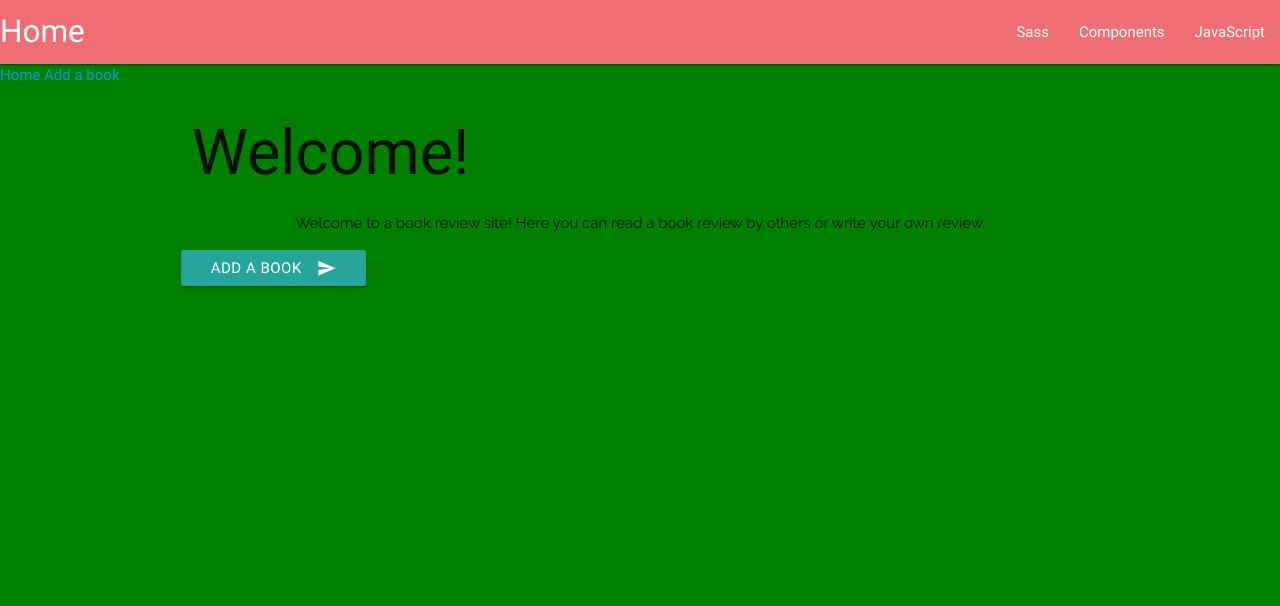
Repository: h8130084/bookReview
Page: http://localhost/
The author's editor kept a record of every edit. The page is drawn from the files as they stood at one moment, then again after the next edit.
The browser window is 1280 px wide. The pictures show the whole page.
Some web libraries are served in a nearby version. The page is served by the project's application, run on Flask 3 (app.py). Queries for data that is not in the repository find no rows.

Above is the page before.
Console error: ReferenceError: M is not defined

### templates/books.html
{% extends 'base.html' %} {% block content %}

<div class="wrapper">
    <h1> Welcome!</h1>
    <div class="sub-heading" "row"> Welcome to a book review site! Here you can read a book review by others or write your own review.</div>
    <div class="row">
        <ul>
            {% for book in books%}

            <div class="">
                <li class="list_of_books"> <a href="{{url_for('book_info', book_id=book._id)}}">{{book.Title}}</a>
                </li><br>

            </div>






            {% endfor %}
        </ul>


        <div class="row" "addBookButton">
            <form action="{{url_for('add_book')}}" class="col s12">
                <button class="btn waves-effect waves-light" type="submit" name="action">add a book
                <i class="material-icons right">send</i>
            </button>
            </form>
        </div>

    </div>
</div>

{% endblock %}

### templates/base.html
<!DOCTYPE html>
<html lang="en">

<head>
    <meta charset="UTF-8">
    <meta name="viewport" content="width=device-width, initial-scale=1.0">
    <meta http-equiv="X-UA-Compatible" content="ie=edge">

<!-- taken from google fonts, materilaize and cdnjs -->
    <link href="https://fonts.googleapis.com/icon?family=Material+Icons" rel="stylesheet">
    <link href="https://fonts.googleapis.com/css?family=Raleway&display=swap" rel="stylesheet">
    <link rel="stylesheet" href="https://cdnjs.cloudflare.com/ajax/libs/materialize/0.100.2/css/materialize.min.css">
    <link rel="stylesheet" href="{{url_for('static', filename='style.css')}}" type="text/css" />

    <title>Document</title>
</head>

<body>
    <header>
         <nav>
    <div class="nav-wrapper">
      <a href="{{url_for('get_books')}}" class="brand-logo">Home</a>
      <ul id="nav-mobile" class="right hide-on-med-and-down">
        <li><a href="sass.html">Sass</a></li>
        <li><a href="badges.html">Components</a></li>
        <li><a href="collapsible.html">JavaScript</a></li>
      </ul>
    </div>
  </nav>
		<div id="navbar" class="col s12">
			<a href="{{url_for('get_books')}}">Home</a>
			<a href="{{url_for('add_book')}}">Add a book</a>
		</div>
    </header>


    <div class="container">
        {% block content %} {% endblock %}

        <script src="https://cdnjs.cloudflare.com/ajax/libs/jquery/3.2.1/jquery.min.js"></script>
        <script src="https://cdnjs.cloudflare.com/ajax/libs/materialize/0.100.2/js/materialize.min.js"></script>
        <script type="text/javascript">
            $(document).ready(function() {
                $('.tabs').tabs();
                $('#Review').val('New Text');
                M.textareaAutoResize($('#Review'));

            });

        </script>
    </div>
</body>


</html>

### app.py
import os
from flask import Flask, render_template, redirect, request, url_for
from flask_pymongo import PyMongo
from bson.objectid import ObjectId
import env

app = Flask(__name__)

app.config["MONGO_DBNAME"] = 'book_review'
app.config["MONGO_URI"] = env.MONGO_URI


mongo = PyMongo(app)

@app.route('/')
@app.route('/ get_books')
def get_books():
     return render_template("books.html", books=mongo.db.book_details.find())

@app.route('/edit_book/<book_id>')
def edit_book(book_id):
    the_book = mongo.db.book_details.find_one({"_id": ObjectId(book_id)})
    all_categories = mongo.db.categories.find()
    return render_template('editbook.html', book=the_book, categories=all_categories)

@app.route('/update_book/<book_id>', methods=["POST"])
def update_book(book_id):
    books = mongo.db.book_details
    books.update( {'_id': ObjectId(book_id)},
    {
        'Title': request.form.get('Title'),
        'Author': request.form.get('Author'),
        'Genre': request.form.get('Genre'),
        'Year': request.form.get('Year'),
        'Image_URL': request.form.get('Image_URL'),
        'Amazon': request.form.get('Amazon'),
        'Review': request.form.get('Review')
    })
    return redirect(url_for('get_books'))

#book details page
@app.route('/book_info/<book_id>')
def book_info(book_id):
    the_book = mongo.db.book_details.find_one({"_id": ObjectId(book_id)})
    all_categories = mongo.db.categories.find()
    return render_template('bookdetails.html', book=the_book, categories=all_categories)

# displays add books page
@app.route('/add_book')
def add_book():
    return render_template('addbook.html')

#  takes the details from the form and adds the book to the database, then redirects to home page
@app.route('/insert_book', methods=['POST'])
def insert_book():

    new_book = {
        'Title': request.form.get('Title'),
        'Author': request.form.get('Author'),
        'Genre': request.form.get('Genre'),
        'Year': request.form.get('Year'),
        'Image_URL': request.form.get('Image_URL'),
        'Amazon': request.form.get('Amazon'),
        'Review': request.form.get('Review'),
        'upvotes': 0,
    }

    books = mongo.db.book_details
    books.insert_one(new_book)
    # ----- get books should be home page to display that the book just added is present
    return redirect(url_for('get_books'))

# delete the book
@app.route('/delete_book/<book_id>')
def delete_book(book_id):
    mongo.db.book_details.remove({'_id': ObjectId(book_id)})
    return redirect(url_for('get_books'))


if __name__ == '__main__':
    app.run(host=os.environ.get('IP'),
    port=int(os.environ.get('PORT')),
    debug=True)

### static/style.css
@import url('https://fonts.googleapis.com/css?family=Raleway&display=swap');
body{
    background-color: green;
}

.books{
   background-color: red;
 }

.sub-heading {
  font-family: 'Raleway', sans-serif;
  text-align: center;
}

After the next edit:
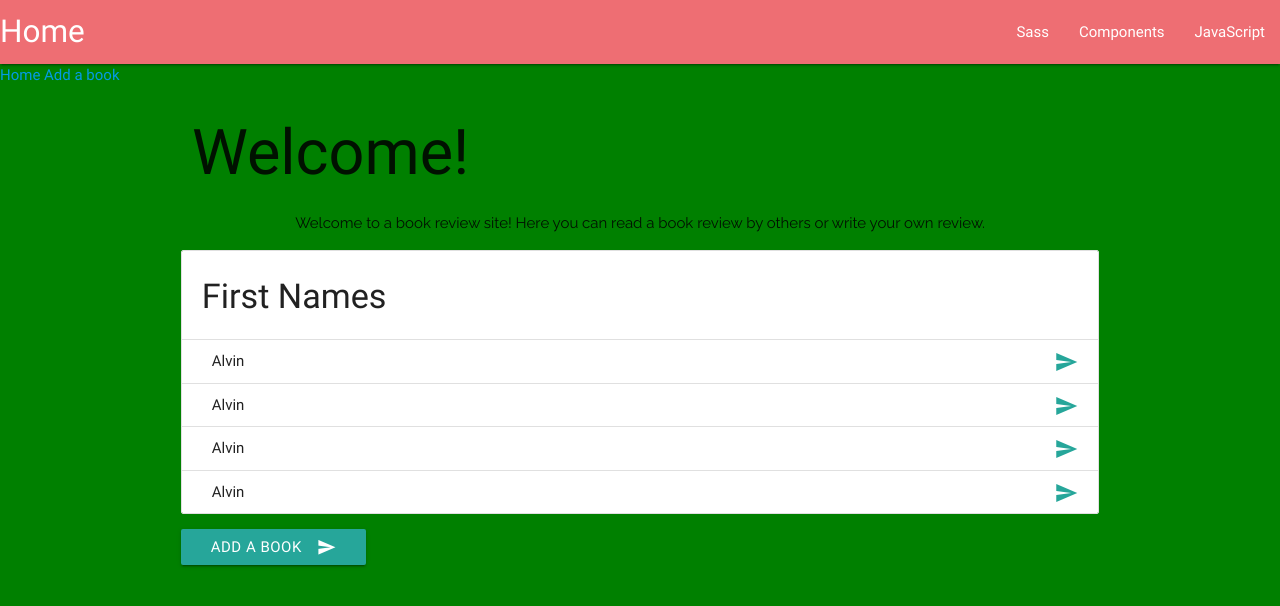
The edit:
--- a/templates/books.html
+++ b/templates/books.html
@@ -22,6 +22,24 @@
         </ul>
 
 
+
+
+
+
+     <ul class="collection with-header">
+        <li class="collection-header"><h4>First Names</h4></li>
+        <li class="collection-item"><div>Alvin<a href="#!" class="secondary-content"><i class="material-icons">send</i></a></div></li>
+        <li class="collection-item"><div>Alvin<a href="#!" class="secondary-content"><i class="material-icons">send</i></a></div></li>
+        <li class="collection-item"><div>Alvin<a href="#!" class="secondary-content"><i class="material-icons">send</i></a></div></li>
+        <li class="collection-item"><div>Alvin<a href="#!" class="secondary-content"><i class="material-icons">send</i></a></div></li>
+      </ul>
+
+
+
+
+
+
+
         <div class="row" "addBookButton">
             <form action="{{url_for('add_book')}}" class="col s12">
                 <button class="btn waves-effect waves-light" type="submit" name="action">add a book
